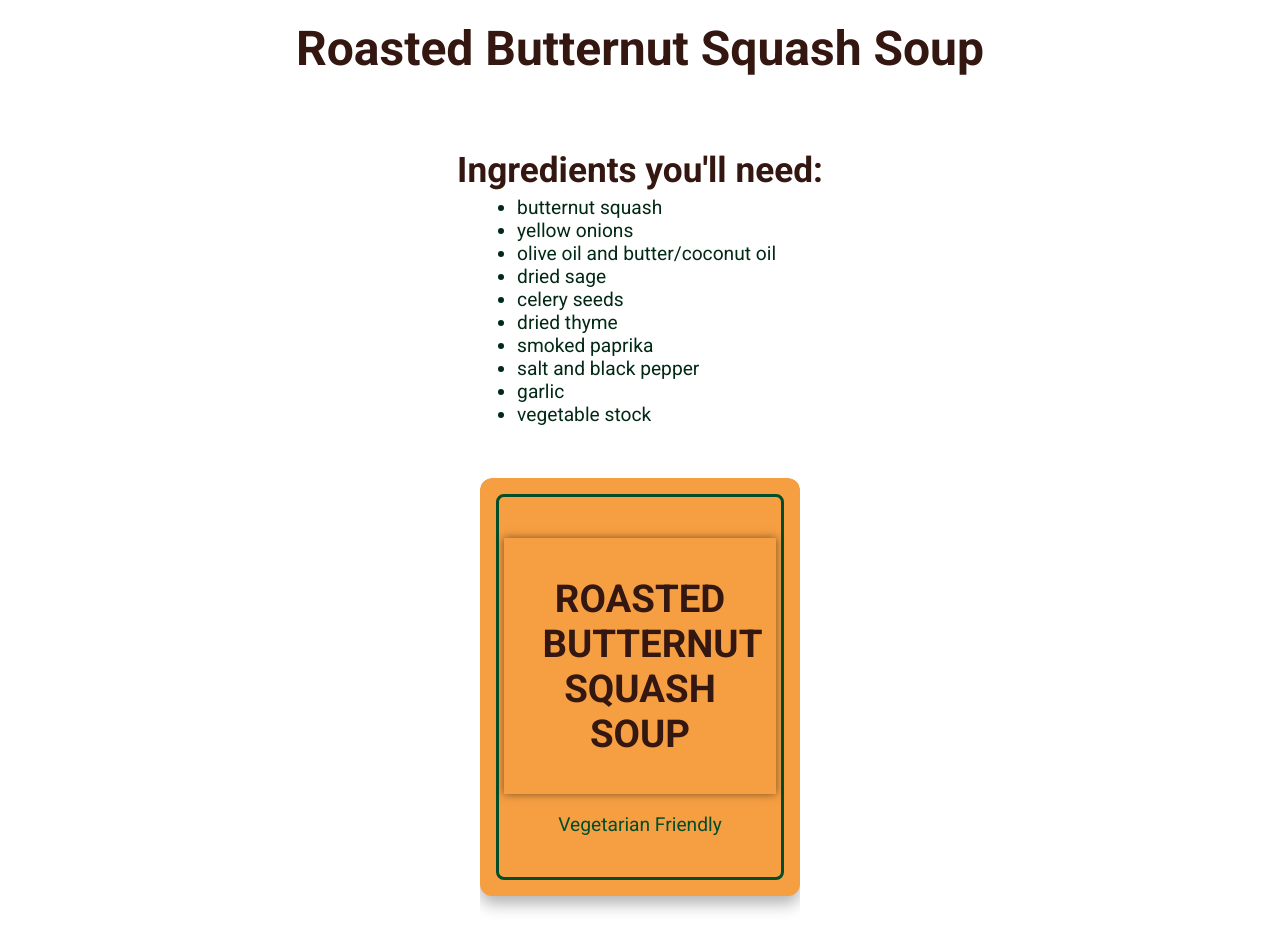
Repository: IDMX225/css-card-flip-LyssaMA
Page: src/index.html
An editor plug-in stored every save of this project. The page is shown before and after the next save, followed by the edit.
The browser window is 1280 px wide. The pictures show the whole page.
The style sheet was rebuilt from its Sass, Less or Tailwind sources for each picture, by a compiler version that may differ from the author's.

Above is the page before, as saved 2024-11-12 21:34:23.
Not found: src/js/index.js

### src/index.html
<!DOCTYPE html>
<html lang="en">

<head>
  <meta charset="UTF-8">
  <meta name="viewport" content="width=device-width, initial-scale=1.0">
  <meta name="description" content="A modern CSS page">
  <meta name="generator" content="Eleventy v1.2">
  <title>Recipe</title>
  <link rel="shortcut icon" href="images/squash.png" type="image/png">
  <link rel="stylesheet" href="css/main.css">
</head>

<body>
  <!-- Title above the card -->
  <div class="title-above-card">Roasted Butternut Squash Soup</div>

  <!-- Ingredients Section -->
  <div class="ingredients">
    <div class="ingredients-heading">Ingredients you'll need:</div>
    <ul class="ingredients-list">
      <li>butternut squash</li>
      <li>yellow onions</li>
      <li>olive oil and butter/coconut oil</li>
      <li>dried sage</li>
      <li>celery seeds</li>
      <li>dried thyme</li>
      <li>smoked paprika</li>
      <li>salt and black pepper</li>
      <li>garlic</li>
      <li>vegetable stock</li>
    </ul>
  </div>

  <!-- The Card with the Recipe Title inside -->
  <div class="card">
    <div class="card__content">
      <div class="card__front">
        <h3 class="card__title">Roasted Butternut Squash Soup</h3>
        <p class="card__subtitle">Vegetarian Friendly</p>
      </div>

      <div class="card__back">
        <p class="card__body">To roast the squash, simply place the seasoned squash onto two large baking sheets lined
          with aluminum foil for easy cleanup. Roast in the oven for 45 minutes at 400°F.
          There's no need to flip over the squash halfway through roasting. Just let it go for 45 minutes and that's it!
          Enjoy!</p>
      </div>
    </div>
  </div>

  <script src="js/index.js"></script>
</body>

</html>

### src/sass/main.scss
/* Import Google Fonts */
@import url('https://fonts.googleapis.com/css2?family=Roboto:wght@400;700&display=swap');

:root {
  --level-three: translateZ(9rem);
  --fw-normal: 400;
  --fw-bold: 700;
  --clr: #f59e42; /* Squash Soup Orange */
  --clr-dark: #331710; /* Dark brown for the card back */
  --font-family: 'Roboto', sans-serif;
}

*,
*::before,
*::after {
  box-sizing: border-box;
  margin: 0;
}

body {
  font-family: var(--font-family);
  height: 100vh;
  display: grid;
  place-items: center;
  padding: 20px;
}

/* Title Above the Card */
.title-above-card {
  font-family: var(--font-family);
  font-size: 3rem;
  font-weight: var(--fw-bold);
  text-align: center;
  margin-bottom: 1.5em;
  color: #331710;
}

/* Ingredients Section */
.ingredients {
  text-align: center;
  margin-bottom: 2em;
}

.ingredients-heading {
  font-family: var(--font-family);
  font-size: 2.2rem;
  font-weight: var(--fw-bold);
  color: #331710;
  margin-bottom: 5px;
}

.ingredients-list {
  text-align: left;
  font-family: var(--font-family);
  font-size: 1.2rem;
  color: #022915; /* Dark green color */
  list-style-type: disc;
  margin-left: 20px;
}

/* Card Container */
.card {
  width: 320px;
  height: 450px;
  perspective: 1000px;
  border-radius: 12px;
  overflow: hidden;
  padding-bottom: 2em;
  display: flex;
  flex-direction: column;
  position: relative;
  margin-top: 20px;
}

/* Card Content */
.card__content {
  position: relative;
  width: 100%;
  height: 100%;
  transform-style: preserve-3d;
  transition: transform 0.6s;
}

.card:hover .card__content {
  transform: rotateY(180deg);
}

/* Front and Back of the Card */
.card__front,
.card__back {
  position: absolute;
  top: 0;
  left: 0;
  right: 0;
  bottom: 0;
  backface-visibility: hidden;
  display: flex;
  justify-content: center;
  align-items: center;
  border-radius: 12px;
  box-sizing: border-box;
  width: 100%;
  height: 100%;
}

/* Front of the Card */
.card__front {
  background-color: var(--clr);
  color: #034d28;
  padding: 1.5em;
  border-radius: 12px;
  box-shadow: 0 8px 16px rgba(0, 0, 0, 0.3);
  position: relative;
  display: flex;
  flex-direction: column; /* Stack elements vertically */
  justify-content: center; /* Center content vertically */
  align-items: center; /* Center content horizontally */
  text-align: center;
  z-index: 1;
  width: 100%;
  height: 100%;
  overflow: hidden;
}
/* Border on the Front */
.card__front::before {
  content: '';
  position: absolute;
  top: 1em;
  bottom: 1em;
  left: 1em;
  right: 1em;
  border: 3px solid currentColor;
  border-radius: 8px;
  pointer-events: none;
}

/* Title on Card Front */
.card__title {
  font-family: var(--font-family);
  font-size: 2.4rem; /* Larger title size */
  font-weight: var(--fw-bold);
  text-transform: uppercase;
  color: #331710;
  box-shadow: 0 0 8px rgba(0, 0, 0, 0.5);
  padding: 1em;
  text-align: center;
  position: relative;
  z-index: 2;
  width: 100%; /* Ensure full width */
  box-sizing: border-box;
  margin-bottom: 0.5em;
  justify-content: center;
  align-items: center;
  text-align: center;
}

/* Subtitle on Card */
.card__subtitle {
  font-family: var(--font-family);
  font-size: 1.2rem;
  font-weight: var(--fw-normal);
  text-align: center;
  margin-top: 0; /* Remove extra margin */
  width: 100%; /* Ensure it takes full width */
}

/* Back of the Card */
.card__back {
  background: var(--clr-dark);
  color: #f7d07d;
  transform: rotateY(180deg);
  border-radius: 12px;
  padding: 2em;
  box-sizing: border-box;
  justify-content: center;
  align-items: center;
  text-align: center;
  z-index: 1;
  overflow: hidden;
}

.card__body {
  font-family: var(--font-family);
  font-size: 1.25rem;
  line-height: 1.5;
  text-align: center;
  max-width: 90%;
  box-sizing: border-box;
  padding: 1em;
}

After the next save:
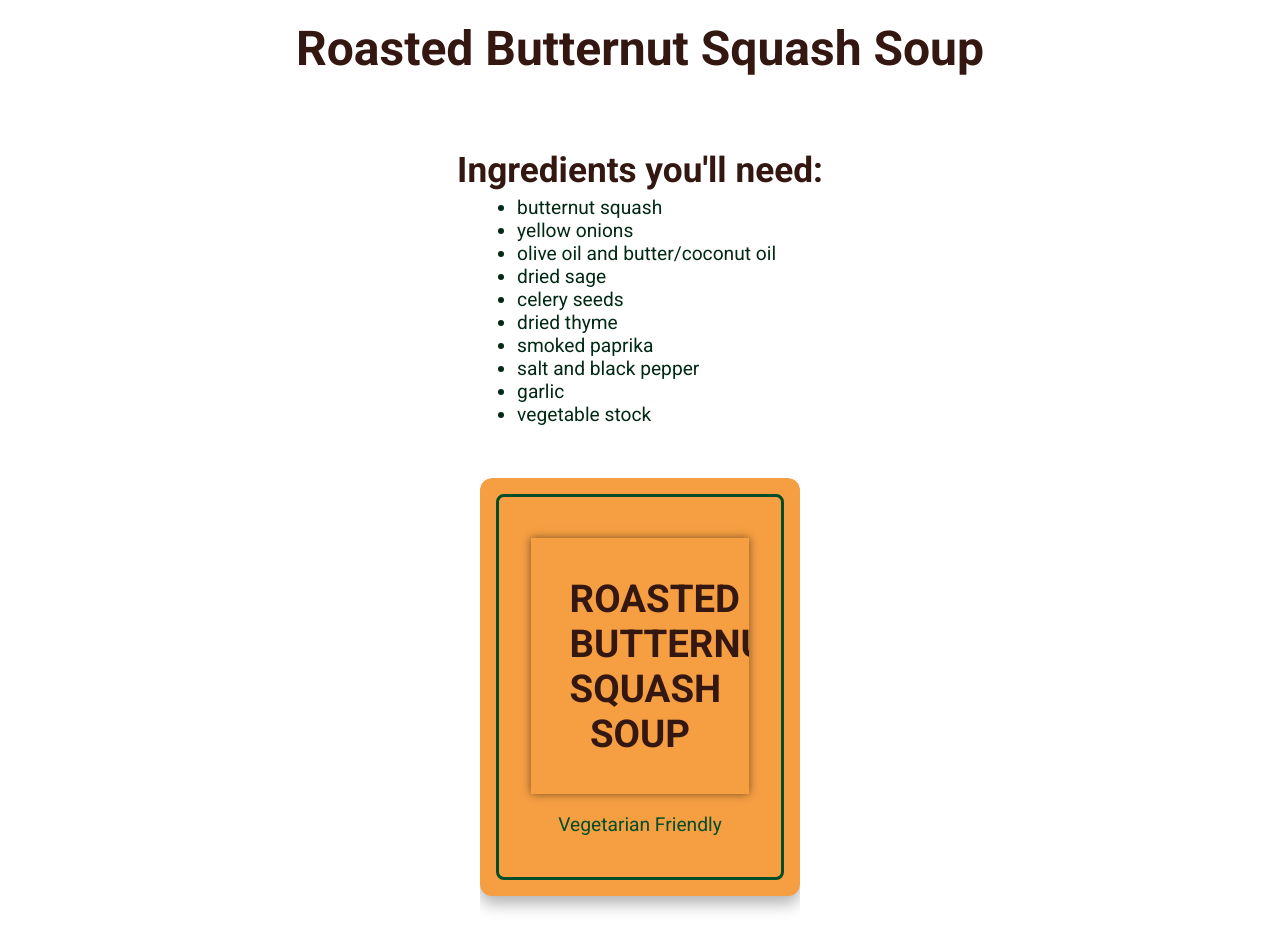
Saved 15 s later.
--- a/src/sass/main.scss
+++ b/src/sass/main.scss
@@ -146,14 +146,11 @@ body {
   text-align: center;
   position: relative;
   z-index: 2;
-  width: 100%; /* Ensure full width */
+  width: 80%; /* Limit the width to ensure it's centered */
+  margin-bottom: 0.5em;
   box-sizing: border-box;
-  margin-bottom: 0.5em;
-  justify-content: center;
-  align-items: center;
-  text-align: center;
+  overflow: hidden;
 }
-
 /* Subtitle on Card */
 .card__subtitle {
   font-family: var(--font-family);
